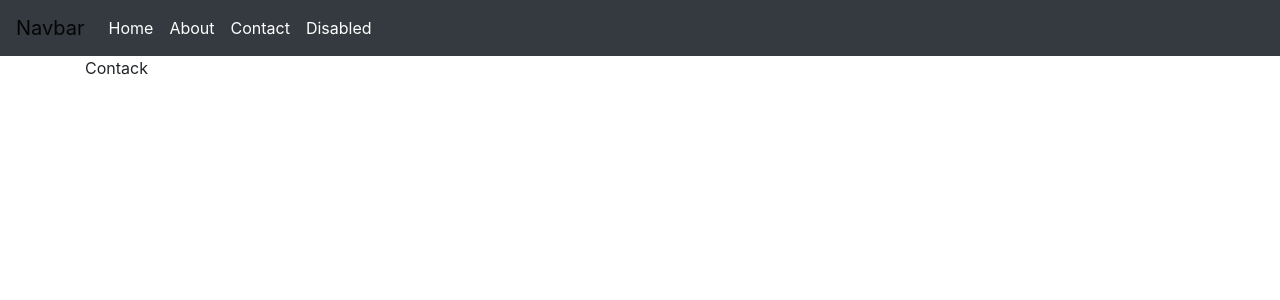
Repository: syawal2kalii/parsinta_clone_model
Page: http://localhost/contact
The author's editor kept a copy of each file at every save. The page is drawn from the files as they stood at one save, then again after the next save.
The browser window is 1280 px wide. The pictures show the whole page.
The page is served by the project's Laravel application, run on PHP 8.4 with Laravel 8. Other server files are loaded and not shown.

Above is the page before, as saved 2019-12-26 16:40:37.

### routes/web.php
<?php

/*
|--------------------------------------------------------------------------
| Web Routes
|--------------------------------------------------------------------------
|
| Here is where you can register web routes for your application. These
| routes are loaded by the RouteServiceProvider within a group which
| contains the "web" middleware group. Now create something great!
|
*/

Route::get('/', function () {
    return view('welcome');
});

Route::get('/home', function () {
    return view('home');
});

Route::get('/about', function () {
    return view('about');
});

Route::get('/contact', function () {
    return view('contack');
});

Route::get('/user', function () {
    $data['nama'] = request ('nama');
    // dd($data);
    return view('users',compact('data'));
});

### resources/views/contack.blade.php
@section('title')
    Contack
@endsection

@extends('layout.master')

@section('content')
<div class="container">
Contack
</div>
@endsection

### resources/views/layout/master.blade.php
<!DOCTYPE html>
<html lang="en">
<head>
    <meta charset="UTF-8">
    <meta name="viewport" content="width=device-width, initial-scale=1.0">
    <meta http-equiv="X-UA-Compatible" content="ie=edge">
    <link rel="stylesheet" href="https://stackpath.bootstrapcdn.com/bootstrap/4.4.1/css/bootstrap.min.css" integrity="sha384-Vkoo8x4CGsO3+Hhxv8T/Q5PaXtkKtu6ug5TOeNV6gBiFeWPGFN9MuhOf23Q9Ifjh" crossorigin="anonymous">
    <title>@yield('title')</title>
</head>
<body>
   @include('layout.navigation')
   @yield('content')



   <script src="https://code.jquery.com/jquery-3.4.1.slim.min.js" integrity="sha384-J6qa4849blE2+poT4WnyKhv5vZF5SrPo0iEjwBvKU7imGFAV0wwj1yYfoRSJoZ+n" crossorigin="anonymous"></script>
   <script src="https://cdn.jsdelivr.net/npm/popper.js@1.16.0/dist/umd/popper.min.js" integrity="sha384-Q6E9RHvbIyZFJoft+2mJbHaEWldlvI9IOYy5n3zV9zzTtmI3UksdQRVvoxMfooAo" crossorigin="anonymous"></script>
   <script src="https://stackpath.bootstrapcdn.com/bootstrap/4.4.1/js/bootstrap.min.js" integrity="sha384-wfSDF2E50Y2D1uUdj0O3uMBJnjuUD4Ih7YwaYd1iqfktj0Uod8GCExl3Og8ifwB6" crossorigin="anonymous"></script>
</body>
</html>

### resources/views/layout/navigation.blade.php
<nav class="navbar navbar-expand-lg navbar-light bg-dark">
        <a class="navbar-brand" href="#">Navbar</a>
        <button class="navbar-toggler" type="button" data-toggle="collapse" data-target="#navbarNavAltMarkup" aria-controls="navbarNavAltMarkup" aria-expanded="false" aria-label="Toggle navigation">
          <span class="navbar-toggler-icon"></span>
        </button>
        <div class="collapse navbar-collapse" id="navbarNavAltMarkup">
          <div class="navbar-nav">
            <a class="nav-item nav-link active text-white" href="/home">Home <span class="sr-only">(current)</span></a>
            <a class="nav-item nav-link text-white" href="/about">About</a>
            <a class="nav-item nav-link text-white" href="/contact">Contact</a>
            <a class="nav-item nav-link text-white disabled" href="#" tabindex="-1" aria-disabled="true">Disabled</a>
          </div>
        </div>
</nav>

After the next save:
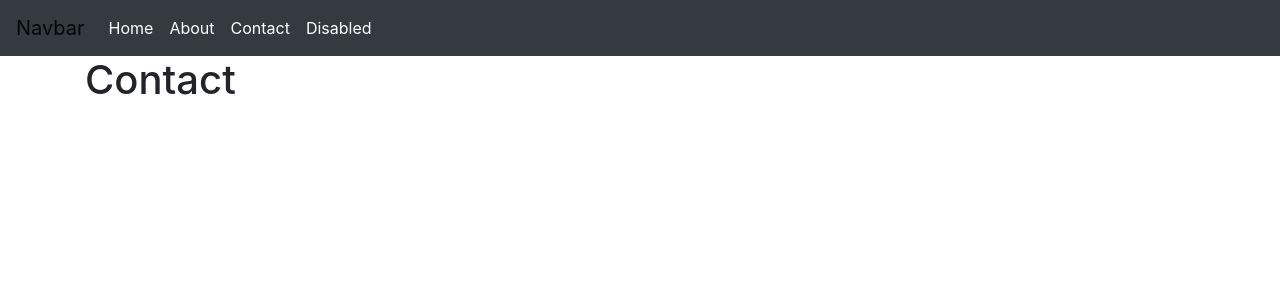
Saved 33 s later.
--- a/resources/views/contack.blade.php
+++ b/resources/views/contack.blade.php
@@ -6,6 +6,6 @@
 
 @section('content')
 <div class="container">
-Contack
+<h1>Contact</h1>
 </div>
 @endsection
